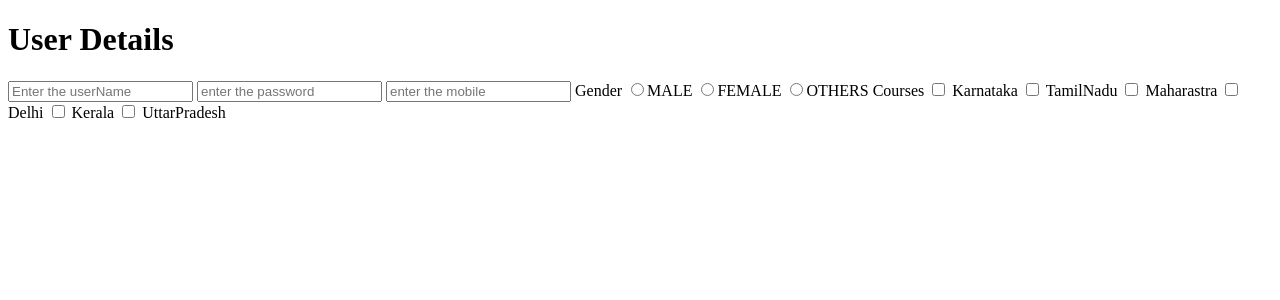
Repository: Nitin-Kalshetty/Training_Java
Page: http://localhost/usertaglibrary/controller.do
The author's editor kept a copy of each file at every save. The page is drawn from the files as they stood at one save, then again after the next save.
The browser window is 1280 px wide. The pictures show the whole page.
The page is served by Tomcat 9.

Above is the page before, as saved 2023-05-28 10:55:40.

After the next save:
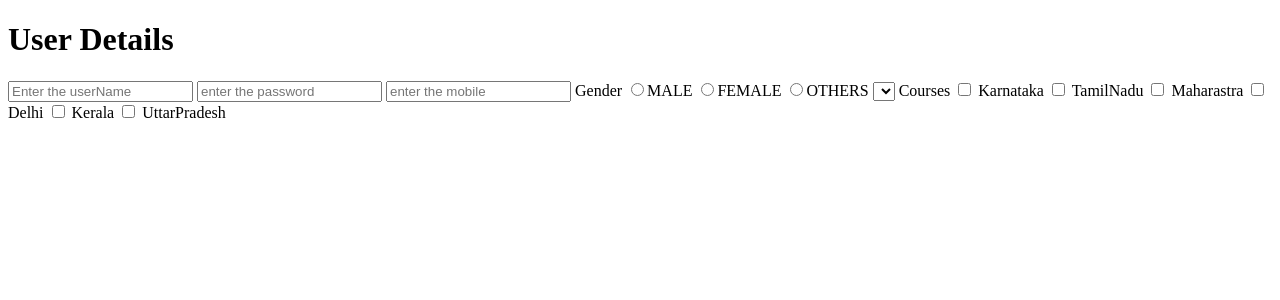
Saved 3 min 28 s later.
--- a/usertaglibrary/src/main/webapp/register.jsp
+++ b/usertaglibrary/src/main/webapp/register.jsp
@@ -19,10 +19,16 @@
 <input type="radio" name="gender" value="male" />MALE
 <input type="radio" name="gender" value="female" />FEMALE
 <input type="radio" name="gender" value="others" />OTHERS
+<select>
+<c:forEach items="${requestScope.allstates}"  var="gg">
+
+</c:forEach>
+</select>
+
+
  <label for="courses" >Courses</label>
 <c:forEach items="${requestScope.allstates}"  var="gg">
 <input type="checkbox" name="courses" value="${gg}" /> ${gg}
-
 </c:forEach>
 
 
